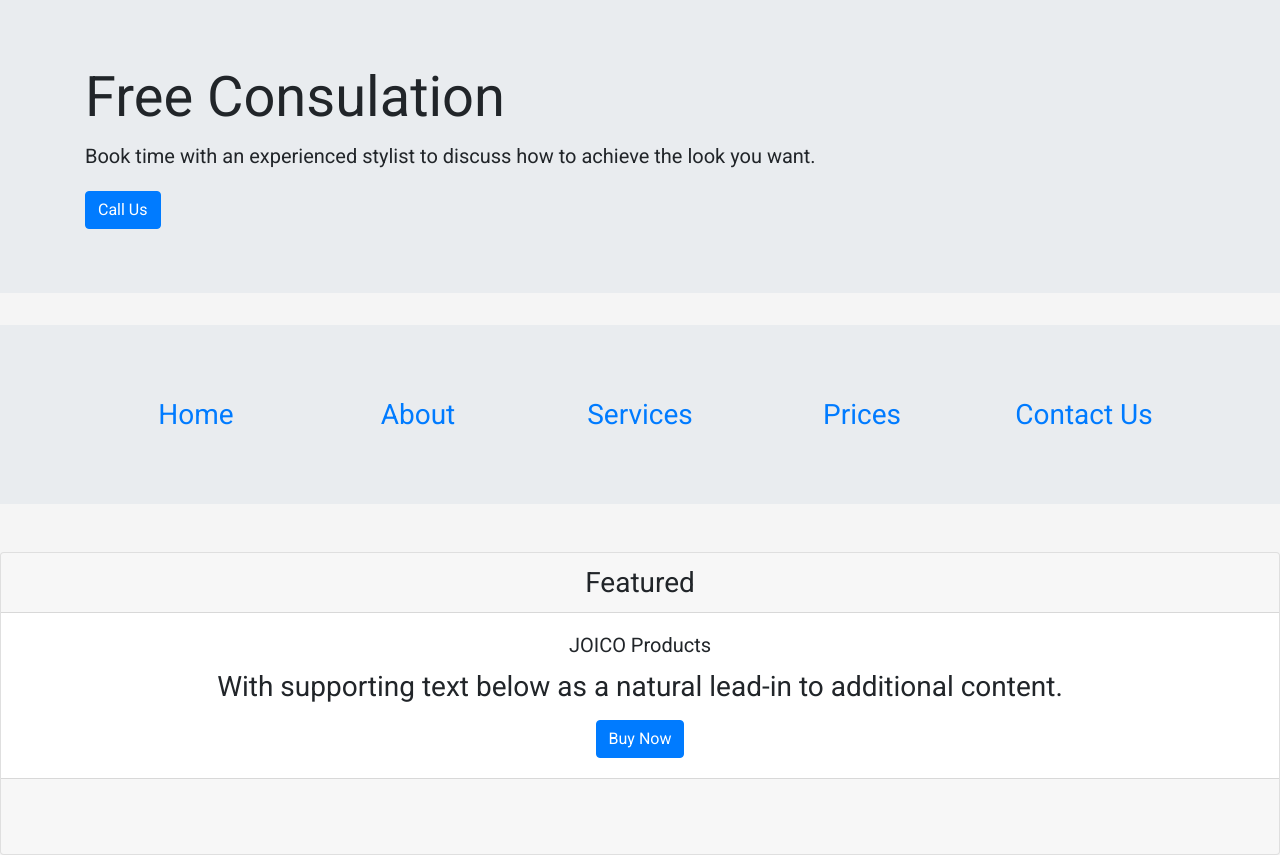
Repository: Gristydesigns/elegance-salon
Page: image/index.html
The author's editor kept a record of every edit. The page is drawn from the files as they stood at one moment, then again after the next edit.
The browser window is 1280 px wide. The pictures show the whole page.

Above is the page before.

### image/index.html
<!DOCTYPE html>
<html lang="en">

<head>
  <meta charset="UTF-8">
  <meta name="viewport" content="width=device-width, initial-scale=1.0">
  <meta http-equiv="X-UA-Compatible" content="ie=edge">
  <link rel="stylesheet" href="https://stackpath.bootstrapcdn.com/bootstrap/4.3.1/css/bootstrap.min.css" integrity="sha384-ggOyR0iXCbMQv3Xipma34MD+dH/1fQ784/j6cY/iJTQUOhcWr7x9JvoRxT2MZw1T" crossorigin="anonymous">
  <link rel="stylesheet" href="https://stackpath.bootstrapcdn.com/font-awesome/4.7.0/css/font-awesome.min.css" type="text/css" />
  <link rel="stylesheet" href="assets/css/style.css" type="text/css" />
  <title>Elegance</title>
</head>

<body>
  <header>
    <div class="jumbotron jumbotron-fluid">
      <div class="container">
        <h1 class="display-4">Free Consulation</h1>
        <p class="lead">Book time with an experienced stylist to discuss how to achieve the look you want.</p>
        <a class="btn btn-primary btn-md" href="#" role="button">Call Us</a>
      </div>
    </div>
    <div class="jumbotron jumbotron-fluid">
      <div class="container">
        <div class="row no-gutters bg-color-name-header">
          <div class="col-12">
            <ul class="nav nav-pills nav-justified">
              <li class="nav-item">
                <a class="nav-link Home" href="#">Home</a>
              </li>
              <li class="nav-item">
                <a class="nav-link About" href="#">About</a>
              </li>
              <li class="nav-item">
                <a class="nav-link Services" href="#">Services</a>
              </li>
              <li class="nav-item">
                <a class="nav-link Prices" href="#">Prices</a>
              </li>
              <li class="nav-item">
                <a class="nav-link Contact Us" href="#">Contact Us</a>
              </li>
            </ul>
          </div>
        </div>
      </div>
    </div>
    </div>
    </div>
  </header>

  <section>
    <div class="no-gutters bg-color-name-content">
      <div class="row col-md 8">
        <p information></p>
      </div>
    </div>
  </section>
  <footer>
    <div class="card text-center">
      <div class="card-header">
        Featured
      </div>
      <div class="card-body">
        <h5 class="card-title">JOICO Products</h5>
        <p class="card-text">With supporting text below as a natural lead-in to additional content.</p>
        <a href="#" class="btn btn-primary">Buy Now</a>
      </div>
      <div class="card-footer text-muted">
        <i class="far fa-copyright"2019 Gristydesigns></i>
        <p Gristydeisgns></p>
      </div>
    </div>
  </footer>


</body>

</html>

### assets/css/style.css
@import url('https://fonts.googleapis.com/css?family=Roboto:400,700&display=swap');

body {
    width: 100%;
    height: 100%;
    background: rgb(245,245,245);
    font-family: 'Roboto', sans-serif;
    font-size: 28px;
    font-weight: 400;
    line-height: 35px;
    background-size: cover;
}

/*-- Navigation*/

.navbar-collapse {
 width:100%;
 height: 80px;
 background: rgb(255,228,225);
  }

 .collapse.navbar-collapse {
  font-weight: 700;
  color: rgb(211,211,211);
  word-spacing: 25px;
   }

.navbar-brand {
 letter-spacing:0.2em;
 font-size: 28px;
 font-weight: 700;
 color: rgb(112,128,144);
 text-align: center;
}

/* header-banner */
#header-banner {
  height: auto;
  width:100%;
  margin-left: 0;
  margin-right: 0;
  padding-top: 20px;
  padding-bottom: 0;
 }
/*-- welcome-card */

#welcome {
 color:rgb(211,211,211);
 text-align: center;
 font-weight: 400;
 background:rgb(128,128,128);
 height:auto;
 padding-top:30px;
 padding-right:30px;
 margin-left:5px;
 margin-right:15px
}

/*-- About */

#about {
 height:65vh;
 color:rgb(0,0,0);
 font-weight:400;
 text-align: center;
 padding-top:30px;
 padding-bottom:30px;
 }

 #image-about {
 height:300px;
 width:300px;
 margin:10px;
 background: rgb(211,211,211);
 }

/*-- price list */
#price {
 letter-spacing:0.2em;
 font-weight:700;
 font-size:32px;
 text-align: center;
}

.products {
 width:100%;
 height:85vh;
}
.card-footer2 {
 background:rgb(192,192,192, 0.5);
}
.card-body2 {
 background: rgb(192,192,192);

}
.card-title2 {
 text-align: center;
 font-weight:700;
}

.card-text2 {
 text-align: center;
 font-weight:700;
}
.list-group-item {
 background:rgb(255,228,225);
}

/*-- showcase images */

#gallery {
 text-align: center
}
 h3 {
  text-shadow: 2px 2px rgb(211,211,211);
  }


/*--  contact-card */

.spinner-grow {
    display: inline-block;
    vertical-align: text-bottom;
    background-color: currentColor;
    border-radius: 50%;
    opacity: 0;
    -webkit-animation: spinner-grow 1.25s linear infinite;
    animation: spinner-grow 1.75s linear infinite;
}

.contact {
 height:85vh;
 width:100%;
 padding:20px;
 }

.contact-img {
 height:400px;
 width:500px;
}

After the next edit:
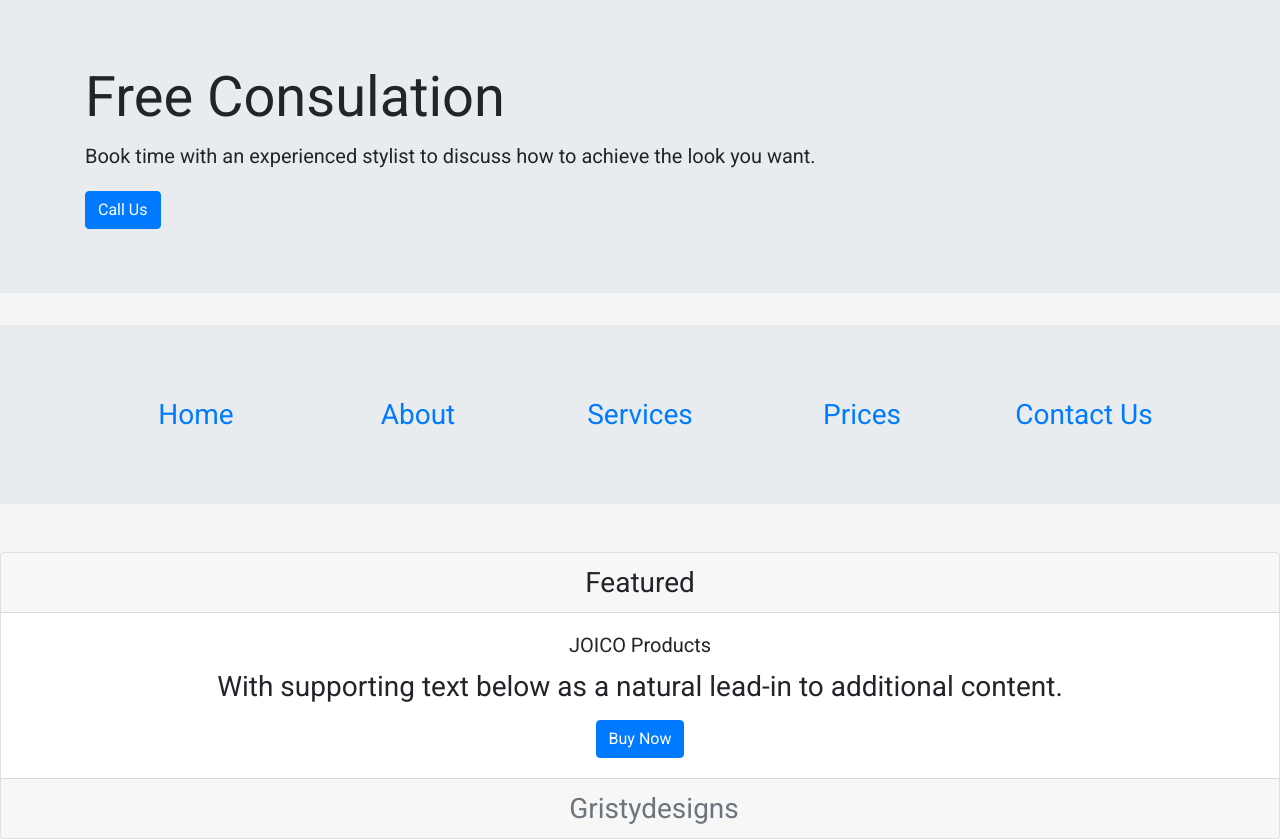
The edit:
--- a/image/index.html
+++ b/image/index.html
@@ -67,8 +67,8 @@
         <a href="#" class="btn btn-primary">Buy Now</a>
       </div>
       <div class="card-footer text-muted">
-        <i class="far fa-copyright"2019 Gristydesigns></i>
-        <p Gristydeisgns></p>
+        <i class="far fa-copyright" 2019 Gristydesigns"></i>
+        Gristydesigns
       </div>
     </div>
   </footer>
